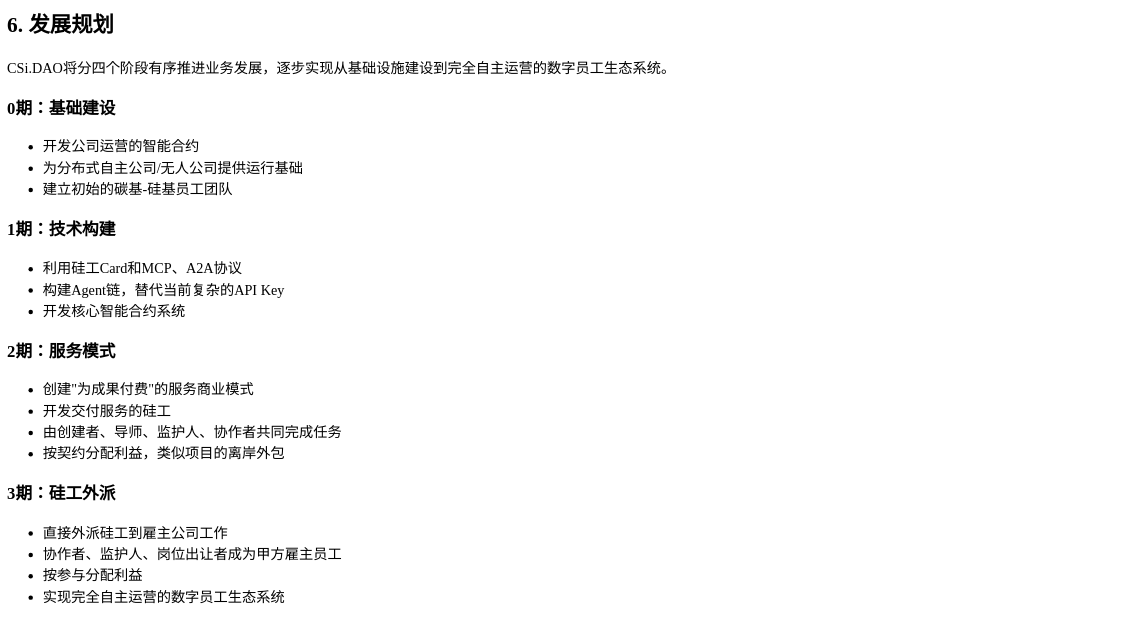
Repository: delez911/ainize
Page: static-site/src/components/development/development.html
An editor plug-in stored every save of this project. The page is shown before and after the next save, followed by the edit.
The browser window is 1280 px wide. The pictures show the whole page, at 89% of full size.

Above is the page before, as saved 2025-04-24 10:01:49.

After the next save:
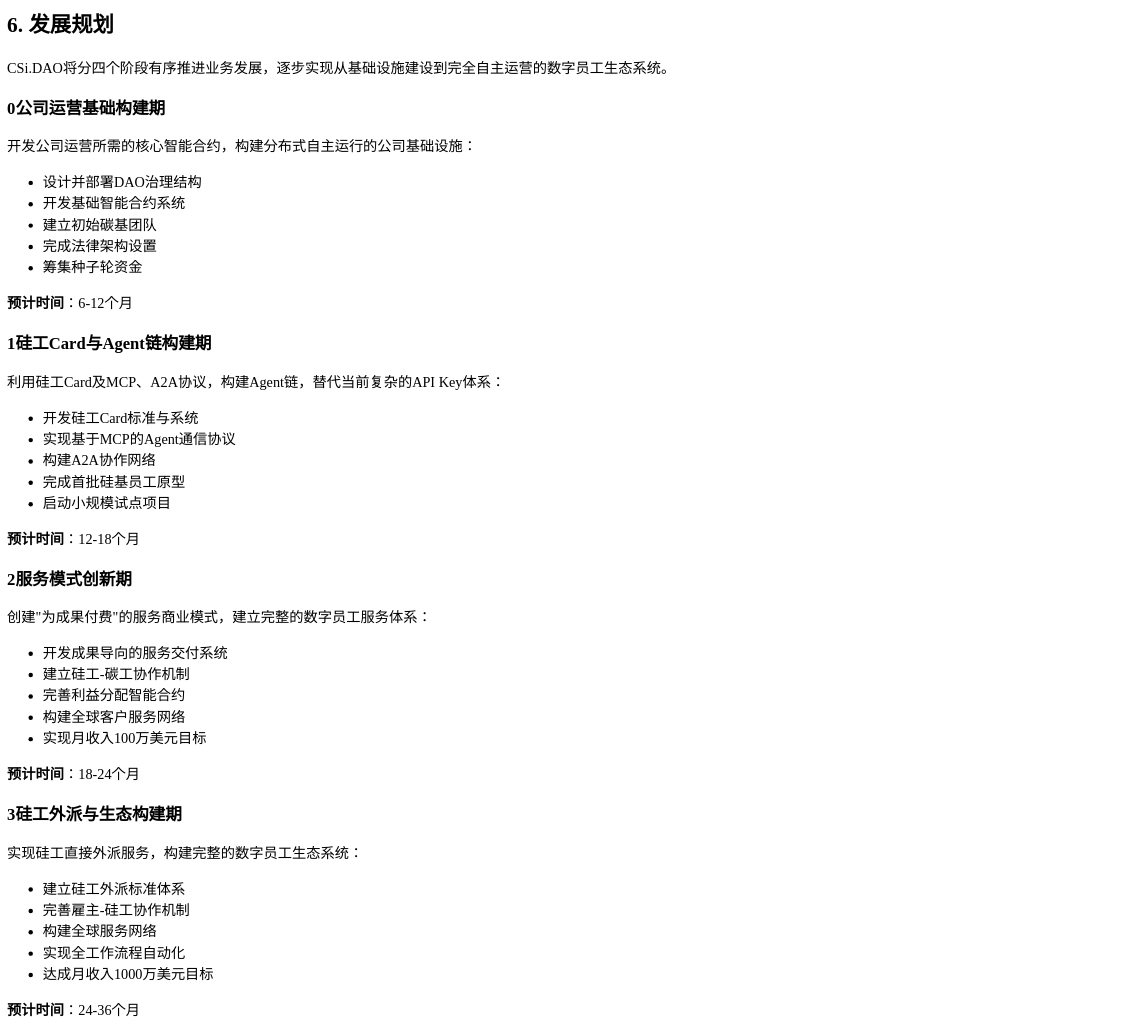
Saved 2 min 3 s later.
--- a/static-site/src/components/development/development.html
+++ b/static-site/src/components/development/development.html
@@ -4,35 +4,72 @@
     <div class="content">
       <p>CSi.DAO将分四个阶段有序推进业务发展，逐步实现从基础设施建设到完全自主运营的数字员工生态系统。</p>
 
-      <h3>0期：基础建设</h3>
-      <ul>
-        <li>开发公司运营的智能合约</li>
-        <li>为分布式自主公司/无人公司提供运行基础</li>
-        <li>建立初始的碳基-硅基员工团队</li>
-      </ul>
-
-      <h3>1期：技术构建</h3>
-      <ul>
-        <li>利用硅工Card和MCP、A2A协议</li>
-        <li>构建Agent链，替代当前复杂的API Key</li>
-        <li>开发核心智能合约系统</li>
-      </ul>
-
-      <h3>2期：服务模式</h3>
-      <ul>
-        <li>创建"为成果付费"的服务商业模式</li>
-        <li>开发交付服务的硅工</li>
-        <li>由创建者、导师、监护人、协作者共同完成任务</li>
-        <li>按契约分配利益，类似项目的离岸外包</li>
-      </ul>
-
-      <h3>3期：硅工外派</h3>
-      <ul>
-        <li>直接外派硅工到雇主公司工作</li>
-        <li>协作者、监护人、岗位出让者成为甲方雇主员工</li>
-        <li>按参与分配利益</li>
-        <li>实现完全自主运营的数字员工生态系统</li>
-      </ul>
+      <div class="timeline">
+        <div class="timeline-container timeline-left">
+          <div class="timeline-content">
+            <div class="phase">
+              <h3><span class="phase-number">0</span>公司运营基础构建期</h3>
+              <p>开发公司运营所需的核心智能合约，构建分布式自主运行的公司基础设施：</p>
+              <ul>
+                <li>设计并部署DAO治理结构</li>
+                <li>开发基础智能合约系统</li>
+                <li>建立初始碳基团队</li>
+                <li>完成法律架构设置</li>
+                <li>筹集种子轮资金</li>
+              </ul>
+              <p><strong>预计时间</strong>：6-12个月</p>
+            </div>
+          </div>
+        </div>
+        <div class="timeline-container timeline-right">
+          <div class="timeline-content">
+            <div class="phase">
+              <h3><span class="phase-number">1</span>硅工Card与Agent链构建期</h3>
+              <p>利用硅工Card及MCP、A2A协议，构建Agent链，替代当前复杂的API Key体系：</p>
+              <ul>
+                <li>开发硅工Card标准与系统</li>
+                <li>实现基于MCP的Agent通信协议</li>
+                <li>构建A2A协作网络</li>
+                <li>完成首批硅基员工原型</li>
+                <li>启动小规模试点项目</li>
+              </ul>
+              <p><strong>预计时间</strong>：12-18个月</p>
+            </div>
+          </div>
+        </div>
+        <div class="timeline-container timeline-left">
+          <div class="timeline-content">
+            <div class="phase">
+              <h3><span class="phase-number">2</span>服务模式创新期</h3>
+              <p>创建"为成果付费"的服务商业模式，建立完整的数字员工服务体系：</p>
+              <ul>
+                <li>开发成果导向的服务交付系统</li>
+                <li>建立硅工-碳工协作机制</li>
+                <li>完善利益分配智能合约</li>
+                <li>构建全球客户服务网络</li>
+                <li>实现月收入100万美元目标</li>
+              </ul>
+              <p><strong>预计时间</strong>：18-24个月</p>
+            </div>
+          </div>
+        </div>
+        <div class="timeline-container timeline-right">
+          <div class="timeline-content">
+            <div class="phase">
+              <h3><span class="phase-number">3</span>硅工外派与生态构建期</h3>
+              <p>实现硅工直接外派服务，构建完整的数字员工生态系统：</p>
+              <ul>
+                <li>建立硅工外派标准体系</li>
+                <li>完善雇主-硅工协作机制</li>
+                <li>构建全球服务网络</li>
+                <li>实现全工作流程自动化</li>
+                <li>达成月收入1000万美元目标</li>
+              </ul>
+              <p><strong>预计时间</strong>：24-36个月</p>
+            </div>
+          </div>
+        </div>
+      </div>
     </div>
   </div>
 </section>
